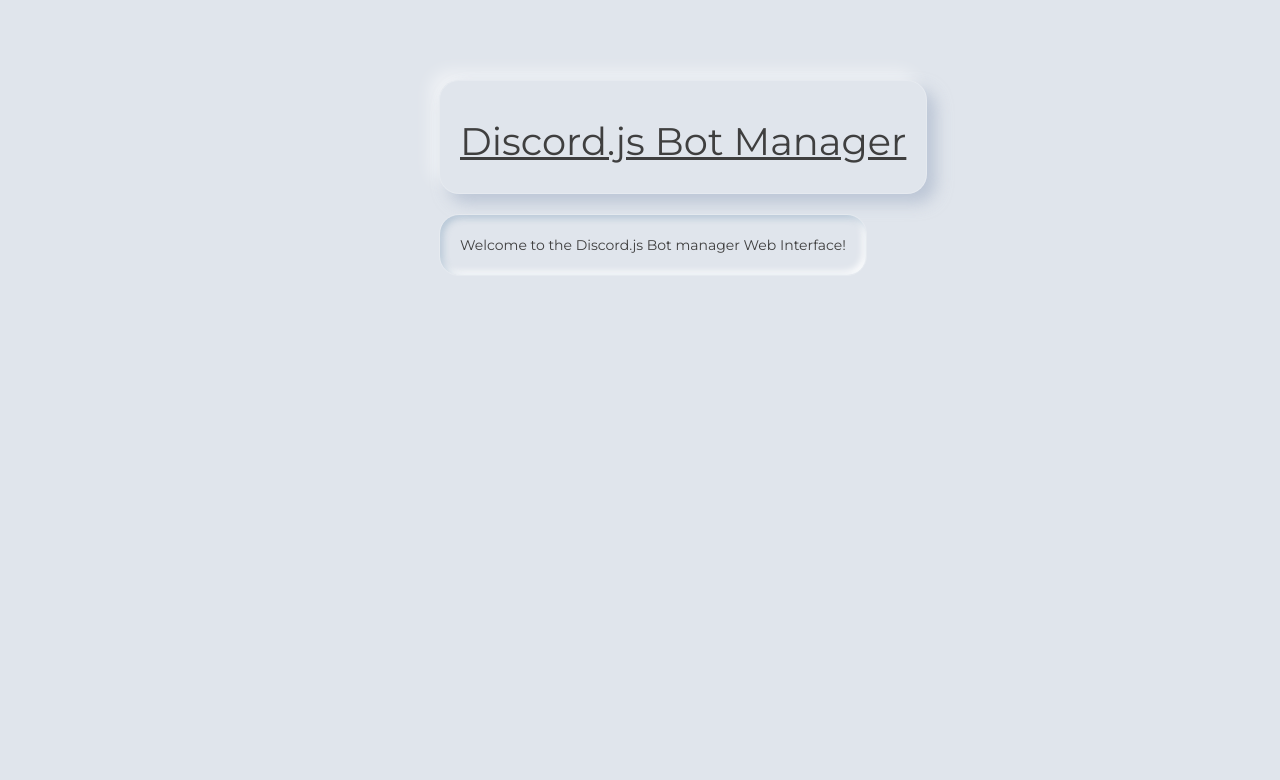
Repository: O-Schell/Discord-Bot-Manager
Page: Web_Interface/main.HTML
The author's editor kept a copy of each file at every save. The page is drawn from the files as they stood at one save, then again after the next save.
The browser window is 1280 px wide. The pictures show the whole page.
The style sheet was rebuilt from its Sass, Less or Tailwind sources for each picture, by a compiler version that may differ from the author's.

Above is the page before, as saved 2020-11-24 19:25:50.
Not found: Web_Interface/script.js

After the next save:
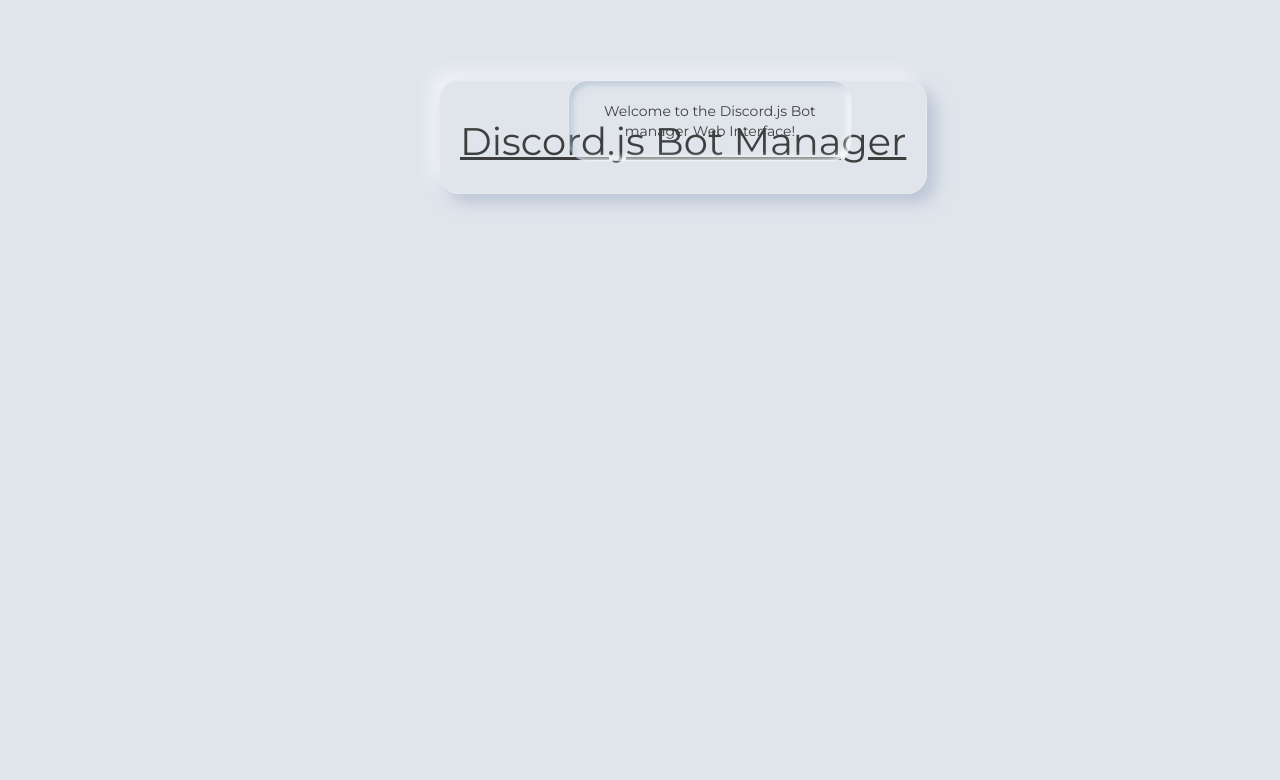
Saved 6 s later.
--- a/Web_Interface/main.HTML
+++ b/Web_Interface/main.HTML
@@ -18,7 +18,7 @@
             </div>
           </div>
         </div>
-        <div class="card-w col-md-4" style="font-family: Montserrat; color: #3f3f3f; width: max-content">
+        <div class="card-w" style="font-family: Montserrat; color: #3f3f3f; width: max-content">
           <div class="card inset">
             <div class="card__icon"></div>
             <div class="card__text">
